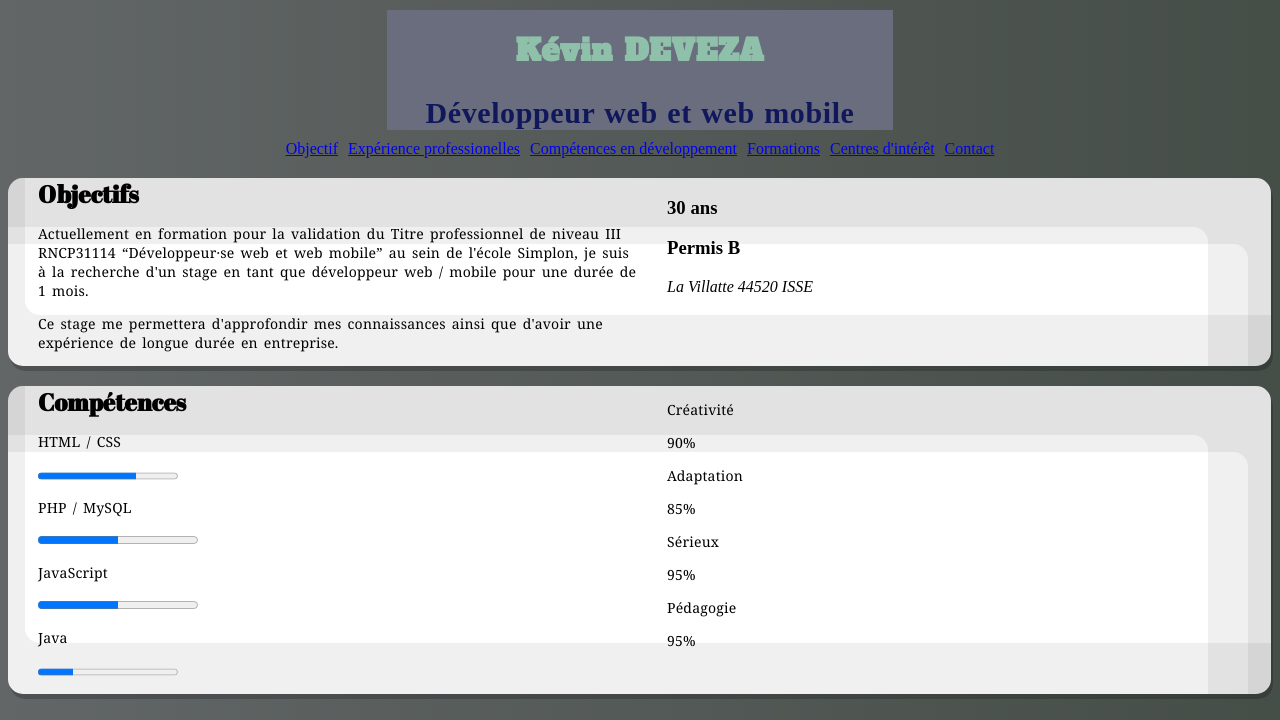
Repository: KevinDvZ/kevindvz.github.io
Page: index.html
The author's editor kept a copy of each file at every save. The page is drawn from the files as they stood at one save, then again after the next save.
The browser window is 1280 px wide. The pictures show the whole page.

Above is the page before, as saved 2020-10-27 20:54:15.

After the next save:
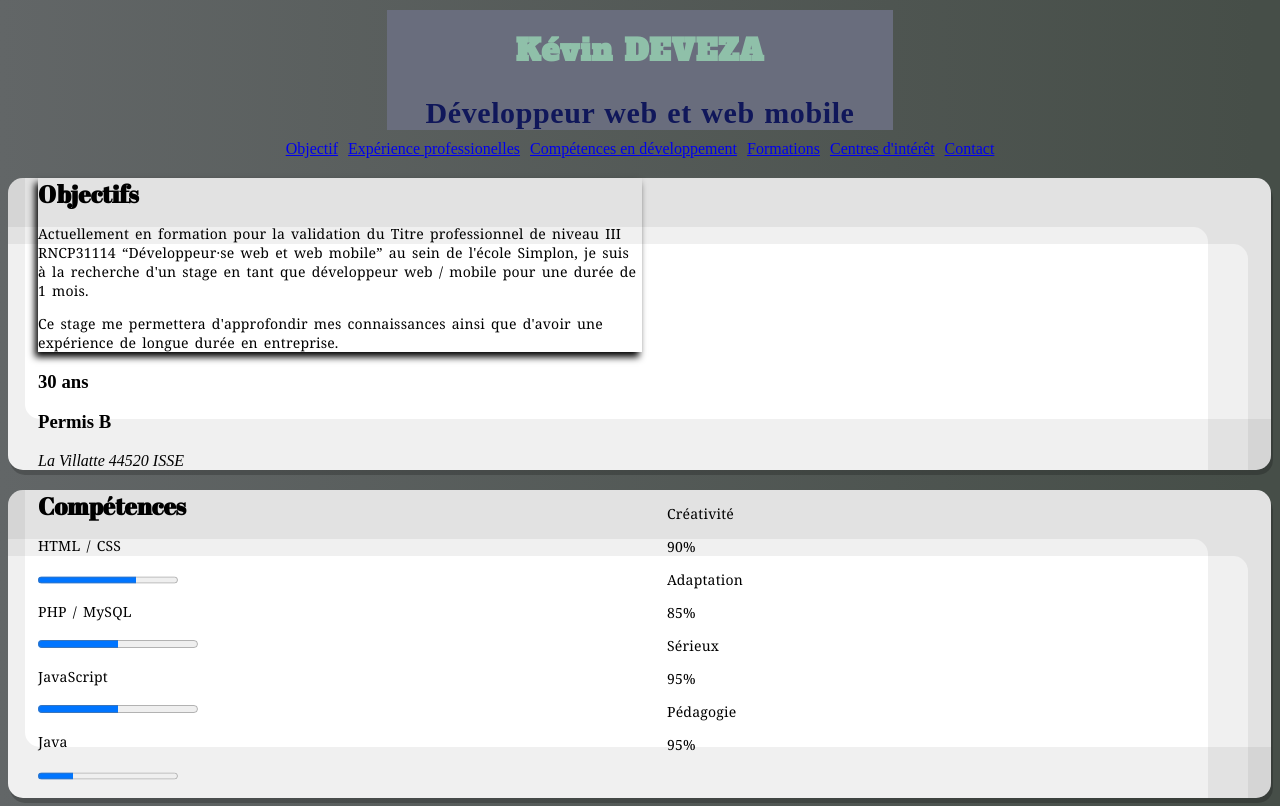
Saved 2 s later.
--- a/index.html
+++ b/index.html
@@ -41,9 +41,9 @@
 <section class="intro">
 
     <div id="Objectif">
-        <div class="logoetentete">
+        <div class="objectif_cadre">
 
-        </div>
+
         <h2 class="entete">Objectifs</h2>
         <p>Actuellement en formation pour la validation du Titre professionnel de niveau III RNCP31114  “Développeur·se web et web mobile” au sein de l'école Simplon, je suis à la recherche d'un stage en tant que développeur web / mobile pour une durée de 1 mois.</p>
     <p>Ce stage me permettera d'approfondir mes connaissances ainsi que d'avoir une expérience de longue durée en entreprise.</p>

After the save that followed:
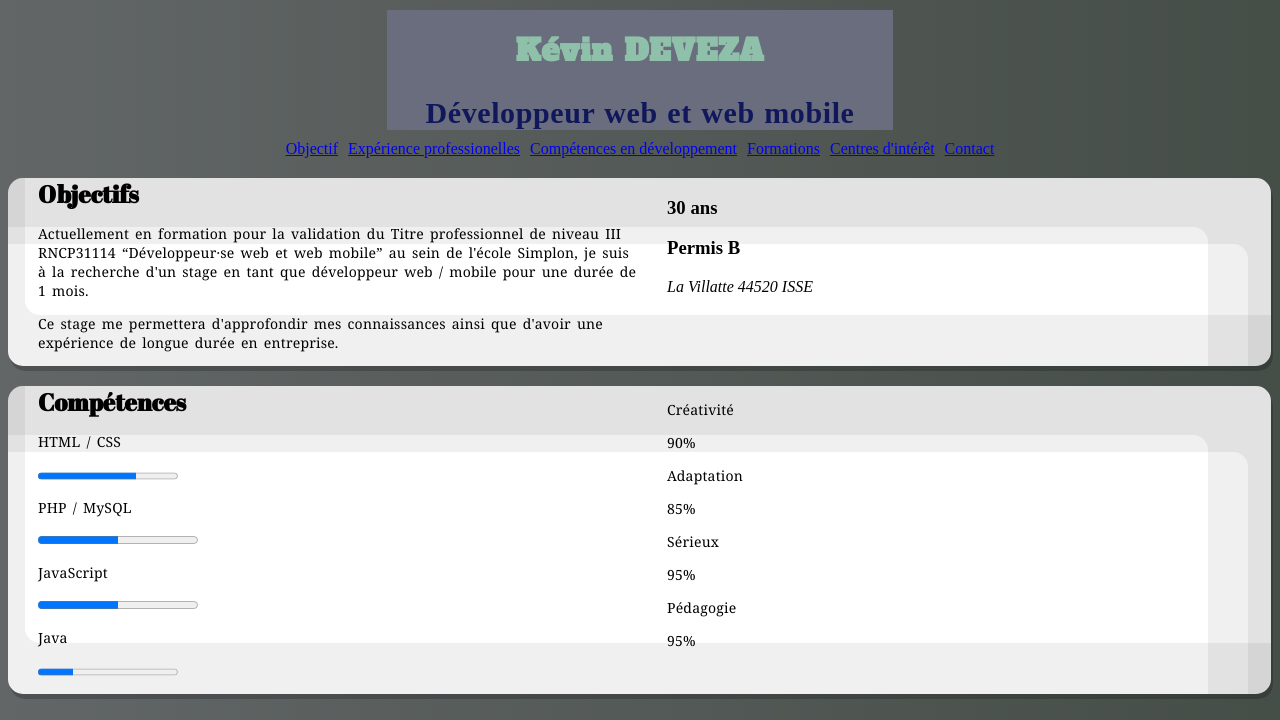
Saved 50 s later.
--- a/index.html
+++ b/index.html
@@ -41,10 +41,11 @@
 <section class="intro">
 
     <div id="Objectif">
-        <div class="objectif_cadre">
+
 
 
         <h2 class="entete">Objectifs</h2>
+        <div class="objectif_cadre"></div>
         <p>Actuellement en formation pour la validation du Titre professionnel de niveau III RNCP31114  “Développeur·se web et web mobile” au sein de l'école Simplon, je suis à la recherche d'un stage en tant que développeur web / mobile pour une durée de 1 mois.</p>
     <p>Ce stage me permettera d'approfondir mes connaissances ainsi que d'avoir une expérience de longue durée en entreprise.</p>
 
